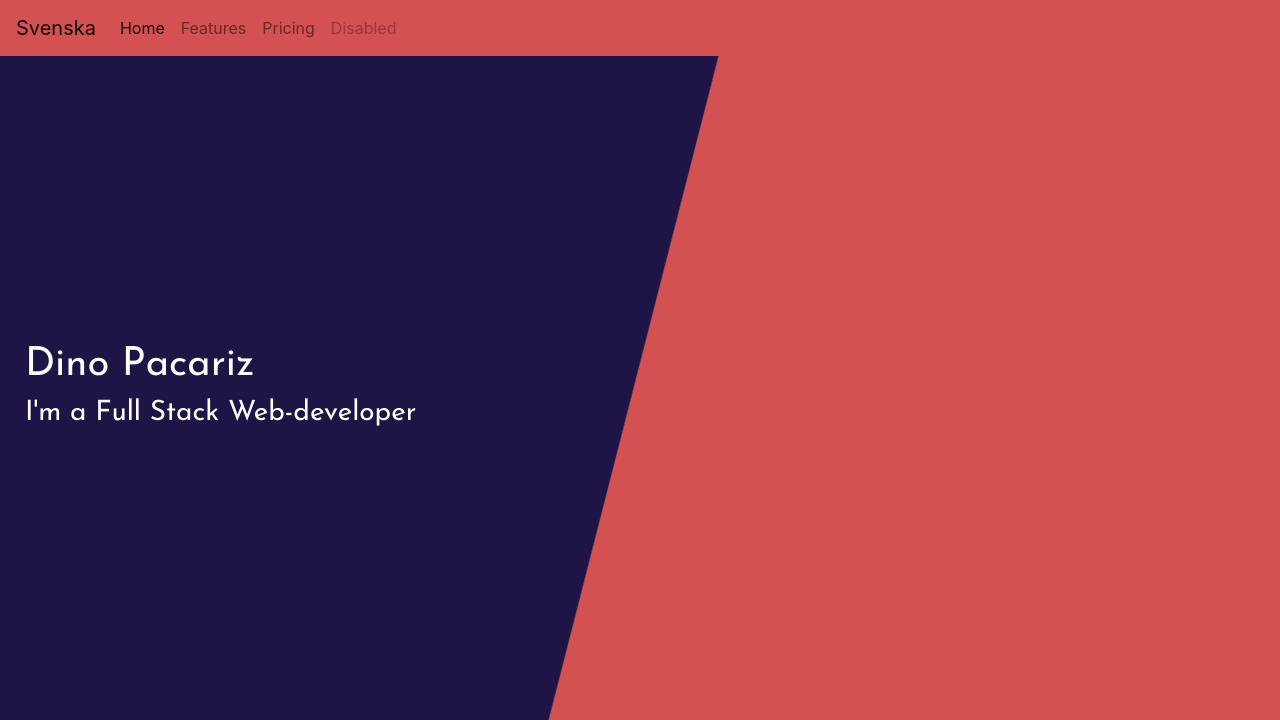
Repository: ImDino/Portfolio
Page: index.html
These files come from the project's save history. The page is drawn as it stood at one moment and after the next save; the edit follows.
The browser window is 1280 px wide. The pictures show the whole page.
Some web libraries are served in a nearby version. The style sheet was rebuilt from its Sass, Less or Tailwind sources for each picture, by a compiler version that may differ from the author's.

Above is the page before, as saved 2020-11-04 12:26:18.

After the next save:
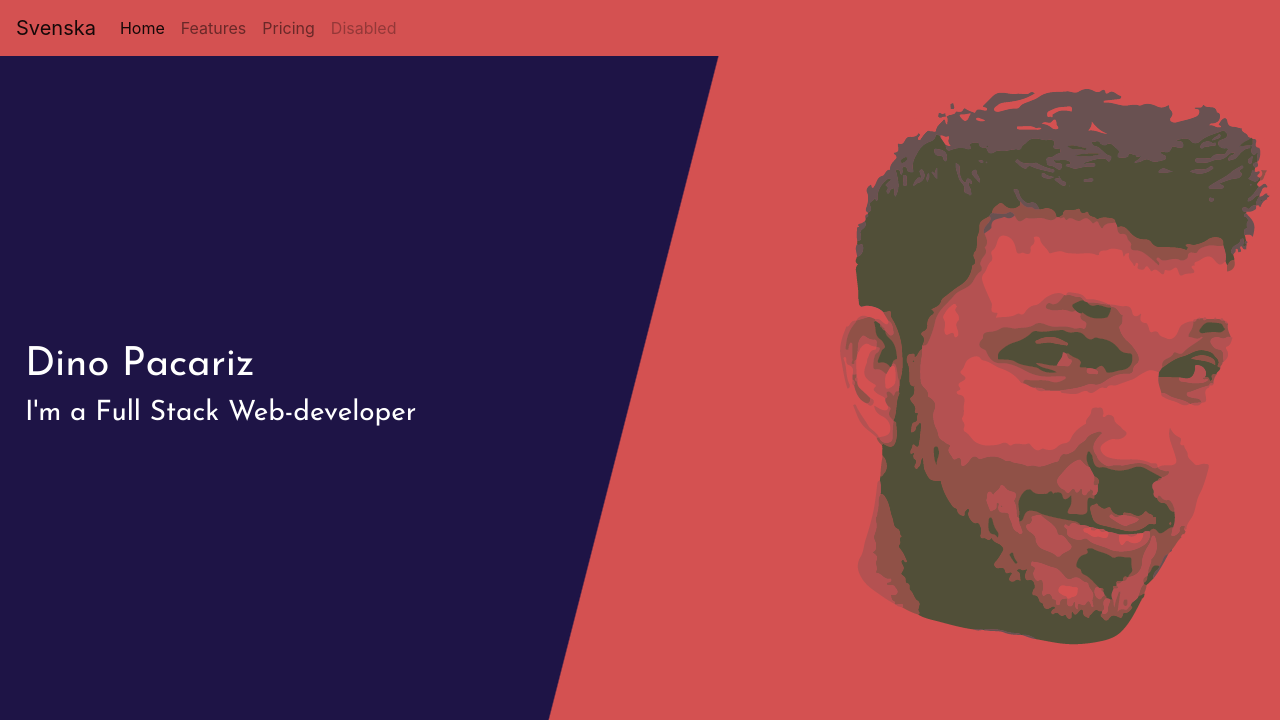
Saved 93 s later.
--- a/scss/main.scss
+++ b/scss/main.scss
@@ -40,20 +40,13 @@ body {
     bottom: 0;
     left: 0;
     right: 0;
-    // display: grid;
+
     background: url('/img/vectorFace.png') no-repeat;
     background-color: #D45151;
     z-index: -2;
     background-blend-mode: darken;
 
-    img {
-        // mix-blend-mode: darken;
-        margin-right: 2rem;
-        width: 600px;
-        justify-self: right;
-        align-self: center;
-        // z-index: 2;
-    }
+    background-position: right;
 }
 
 
